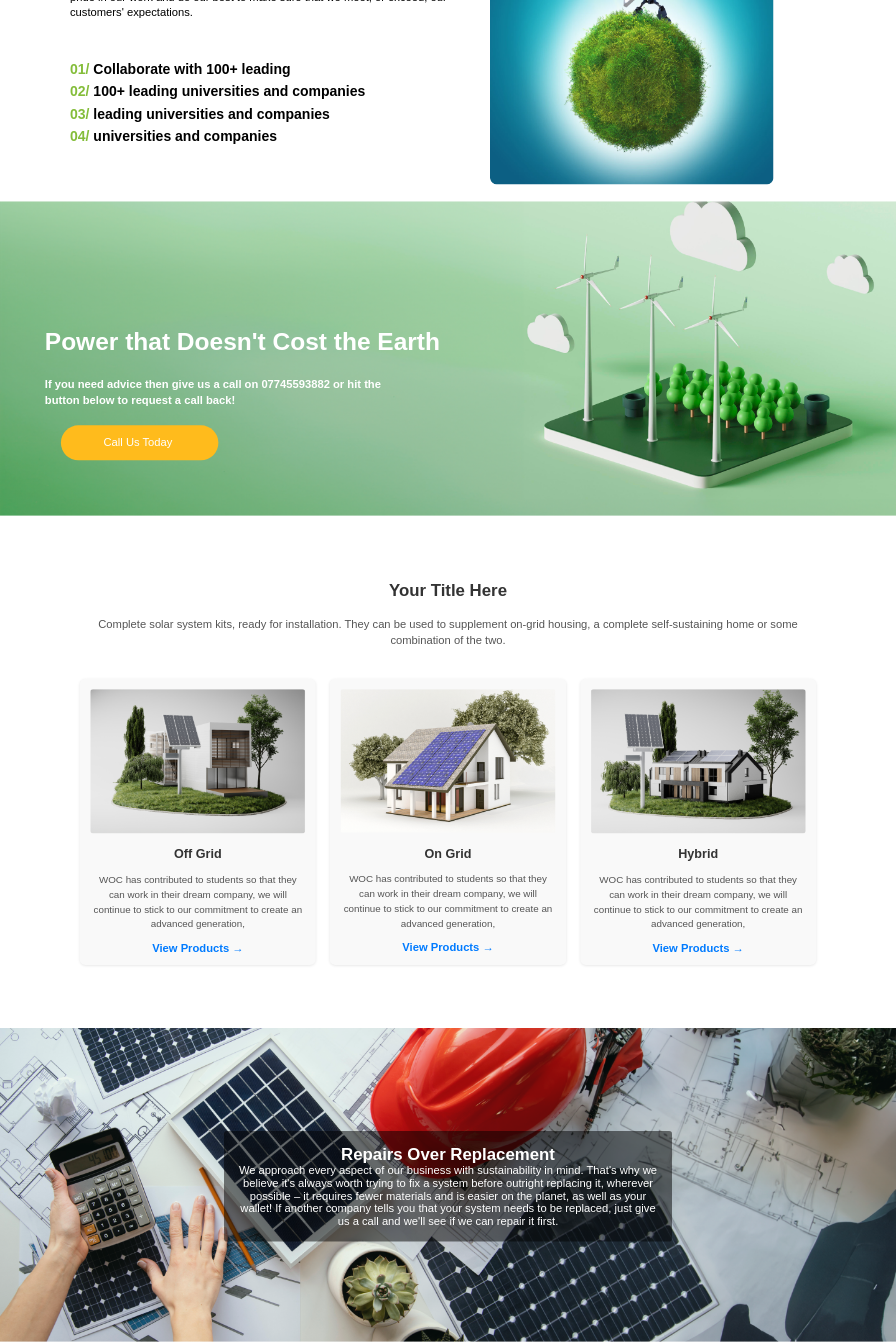
Repository: MaramNabil872/Landing-Page
Page: landingPage.html
These files come from the project's save history. The page is drawn as it stood at one moment and after a run of saves; the edit follows.
The browser window is 1280 px wide. The pictures show the part of the page from y = 1142 to 3062 px (the page is 3062 px tall), at 70% of full size.

Above is the page before, as saved 2024-10-20 22:16:23.

### landingPage.html
<!DOCTYPE html>
<html lang="en">
    <head>
        <meta charset="UTF-8" />
        <meta name="viewport" content="width=device-width, initial-scale=1.0" />
        <title>Landing Page</title>
        <link rel="stylesheet" href="landingPage.css" />
    </head>
    <body>
        <nav class="navbar">
            <div class="logo">MyLogo</div>

            <ul class="nav-links">
                <li><a href="#home">Home</a></li>
                <li><a href="#about">About</a></li>
                <li><a href="#services">Services</a></li>
                <li><a href="#contact">Contact</a></li>
            </ul>
            <div class="call">
                <p>call us</p>
                <h3>+2 01017345</h3>
            </div>
        </nav>

        <div class="image-container">
            <img
                src="images/solar-panels-meadow 1.png"
                alt="Background Image"
                class="background-image"
            />
            <div class="main-text">
                <h2 class="text-wallpaper">
                    Solar Panel Installers <br />
                    In Plymouth
                </h2>
                <br />
                <p class="text-paragraph">
                    Fueled is an award-winning technology consultancy that
                    transforms <br />
                    businesses by generating ideas, building products, and
                    accelerating<br />
                    growth.
                </p>
                <div class="button-container">
                    <button class="button-wallpaper1">Call Us Today</button>
                    <button class="button-wallpaper2">
                        Requst a call back
                    </button>
                </div>
            </div>
        </div>

        <!-- first container -->

        <div class="container1">
            <div class="text-container1">
                <p class="title-container1">
                    The Friendliest Installers <br />in the South-West
                </p>
                <p class="paragraph-container1">
                    At Solidarity Solar our aims are to help our customers
                    towards a sustainable future and genuinely care about the
                    quality of products we use for our installs. We never sell
                    you equipment you don't need and will always advise to the
                    best of our ability, No hard sell or pushy sales tactics
                    ever. We take pride in our work and do our best to make sure
                    that we meet, or exceed, our customers' expectations.
                </p>
                <div class="last-container1">
                    <p>
                        <span class="number-container1">01/ </span>Collaborate
                        with 100+ leading
                    </p>
                    <p>
                        <span class="number-container1">02/ </span> 100+ leading
                        universities and companies
                    </p>
                    <p>
                        <span class="number-container1">03/ </span> leading
                        universities and companies
                    </p>
                    <p>
                        <span class="number-container1">04/ </span> universities
                        and companies
                    </p>
                </div>
            </div>
            <div class="image-container1">
                <img src="images/Rectangle 30.png" alt="solar" />
            </div>
        </div>

        <!-- second section -->

        <div class="section2">
            <img src="images/middle.png" alt="img" />
            <div class="main-text">
                <h2 class="section2-text">Power that Doesn't Cost the Earth</h2>
                <h6 class="section2-paragraph">
                    If you need advice then give us a call on 07745593882 or hit
                    the <br />
                    button below to request a call back!
                </h6>
                <button class="button-wallpaper2">Call Us Today</button>
            </div>
        </div>

        <!-- third section -->

        <div class="white-container">
            <h2 class="title">Your Title Here</h2>
            <p class="text">
                Complete solar system kits, ready for installation. They can be
                used to supplement on-grid housing, a complete self-sustaining
                home or some combination of the two.
            </p>

            <div class="card-container">
                <div class="card">
                    <img src="images/1.png" alt="Image 2" class="card-image" />
                    <h3 class="card-title">Off Grid</h3>
                    <p class="card-text">
                        WOC has contributed to students so that they can work in
                        their dream company, we will continue to stick to our
                        commitment to create an advanced generation,
                    </p>
                    <a href="#" class="card-link">View Products →</a>
                </div>
                <div class="card">
                    <img
                        src="images/solar-panels-meadow 2 (1).png"
                        alt="Image 3"
                        class="card-image"
                    />
                    <h3 class="card-title">On Grid</h3>
                    <p class="card-text">
                        WOC has contributed to students so that they can work in
                        their dream company, we will continue to stick to our
                        commitment to create an advanced generation,
                    </p>
                    <a href="#" class="card-link">View Products →</a>
                </div>
                <div class="card">
                    <img
                        src="images/solar-panels-meadow 3.png"
                        alt="Image 1"
                        class="card-image"
                    />
                    <h3 class="card-title">Hybrid</h3>
                    <p class="card-text">
                        WOC has contributed to students so that they can work in
                        their dream company, we will continue to stick to our
                        commitment to create an advanced generation,
                    </p>
                    <a href="#" class="card-link">View Products →</a>
                </div>
            </div>
        </div>

        <!-- forth section -->

        <div class="forth-image">
            <img src="images/8116 1 (1).png" alt="Full Width Image" />
            <div class="overlay-text">
                <h2 class="overlay-title">Repairs Over Replacement</h2>
                <p>
                    We approach every aspect of our business with sustainability
                    in mind. That's why we believe it's always worth trying to
                    fix a system before outright replacing it, wherever possible
                    – it requires fewer materials and is easier on the planet,
                    as well as your wallet! If another company tells you that
                    your system needs to be replaced, just give us a call and
                    we'll see if we can repair it first.
                </p>
            </div>
        </div>
    </body>
</html>

### landingPage.css
* {
    margin: 0;
    padding: 0;
    box-sizing: border-box; /* Added for consistent sizing */
}

body {
    font-family: Arial, sans-serif;
}
@media (max-width: 480px) {
    .text-overlay {
        font-size: 1.2rem; /* Even smaller text size for very small screens */
    }

    .call h3 {
        font-size: 1.2rem; /* Adjust call size for small screens */
    }
}
@media (max-width: 768px) {
    .navbar {
        flex-direction: column; /* Stack items vertically */
        align-items: flex-start; /* Align items to the left */
    }

    .nav-links {
        margin-top: 10px; /* Space between navbar and links */
    }

    .nav-links li {
        margin-left: 0;
        margin-bottom: 10px; /* Space between links */
    }

    .text-overlay {
        font-size: 1.5rem; /* Smaller text size for mobile */
    }
}


.navbar {
    background-color: #0b9586;
    display: flex;
    justify-content: space-between;
    align-items: center;
    padding: 10px 20px;
    position: relative;
    flex-wrap: wrap; /* Allow items to wrap on smaller screens */
}

.logo {
    color: #fff;
    font-size: 24px;
}

.nav-links {
    list-style: none;
    display: flex;
    flex-wrap: wrap; /* Allow links to wrap on smaller screens */
}

.nav-links li {
    margin-left: 20px;
}

.nav-links a {
    text-decoration: none;
    color: white;
    font-size: 18px;
    transition: color 0.3s;
}

.nav-links a:hover {
    color: #f0a500;
}

.call {
    color: #fff;
    text-align: right; /* Align text to the right */
}

.image-container {
    position: relative;
    width: 100%;
    height: 100vh;
    overflow: hidden;
}

.background-image {
    width: 100%;
    height: 100%;
    object-fit: cover;
}
.main-text{
    position: absolute;
    top: 40%;
    left:5%;
}
.text-wallpaper {


    color: white;
    font-size: 52px;
    font-weight: bold;
    text-shadow: 2px 2px 4px rgba(0, 0, 0, 0.5);
}
.text-paragraph{
    color: white;
    font-size:  20px;

}
.button-container{
    display: flex;
}
.button-wallpaper1 {
    background-color: #0b9586;
    color: white;
    border: none;
    border-radius: 20em;
    padding: 0.8em 1.5em 0.8em 1.2em;
    width: 40%;
    margin: 4%;
    height: 50px;
    font-size: 16px;
    cursor: pointer;
    align-items: center;

}
.button-wallpaper2 {
    background-color:  #FFBB1C;
    ;
    color: white;
    border: none;
    border-radius: 20em;
    padding: 0.8em 1.5em 0.8em 1.2em;
    width: 40%;
    margin: 4%;
    height: 50px;
    font-size: 16px;
    cursor: pointer;
    align-items: center;

}

.container1 {
    display: flex;
    background-color: white;
    padding-top: 10%;
    border-radius: 8px;
    max-width: 1200px;
    margin: 20px auto;


}
.title-container1{
    font-size: 40px;
    font-weight: bold;


}
.text-container1 {
   flex:1;
    padding-right:5%;
padding-left: 5%;}
.paragraph-container1{
    margin-top: 5%;
    line-height: 1.3;
}

.last-container1{
    font-size: 20px;
    font-weight: bold;
    padding-top: 10%;
    line-height: 1.6;
    .number-container1{
        color:#84BD3A;
        ;
    }
}
.image-container1 {
   flex:1
}

.image-container1 img {
    width: 75%;
    height: auto;
    border-radius: 8px;
}


.section2 {
    position: relative;
    width: 100%;
    overflow: hidden;
}

.section2 img {
    width: 100%;
    height: auto; }

.section2-text {
font-size: 35px;
    color: white;

}
.section2-paragraph{
    padding-top: 5%;
    line-height: 1.5;

    font-size: 16px;
    color: white;
}

/* third section */
.white-container {
    background-color: white;
    padding: 5%;
    max-width: 1200px;
    margin: 2% auto;
}

.title {
    margin-bottom: 2%;
    font-size: 24px;
    color: #333;
    text-align: center;

}

.text {
    margin-bottom: 2%;
    font-size: 16px;
    color: #555;
    line-height: 1.5;
    text-align: center;
}

.card-container {
    display: flex;
    justify-content: space-between;
    margin-top: 4%;
}

.card {
    background-color: #f9f9f9;
    border-radius: 8px;
    box-shadow: 0 1px 4px rgba(0, 0, 0, 0.1);
    padding: 15px;
    text-align: center;
    flex: 1;
    margin: 0 10px;
}

.card-image {
    width: 100%;
    height: auto;
    border-radius: 4px;
}

.card-title {
    font-size: 18px;
    color: #333;
    margin-top: 5%;

}

.card-text {
    font-size: 14px;
    color: #555;
    margin-top: 5%;
    margin-bottom: 5%;
    line-height: 1.5;

}

.card-link {
    text-decoration: none;
    color: #007bff;
    font-weight: bold;
}

.card-link:hover {
    text-decoration: underline;
}
@media (max-width: 768px) {
    .card-container {
        flex-direction: column;
    }

    .card {
        flex: 1 1 100%;
        max-width: 100%;
        margin: 10px 0;
    }
}

/* forth css */

.forth-image {
    position: relative;
    width: 100%;
    overflow: hidden;
}

.forth-image img {
    width: 100%;
    height: auto;
}

.overlay-text {
    position: absolute;
    top: 50%;
    left: 50%;
    transform: translate(-50%, -50%);
    color: white;
    text-align: center;
    padding: 20px;
    background-color: rgba(0, 0, 0, 0.5);
    border-radius: 4px;
}
.overlay-title{

}

After the next 4 saves:
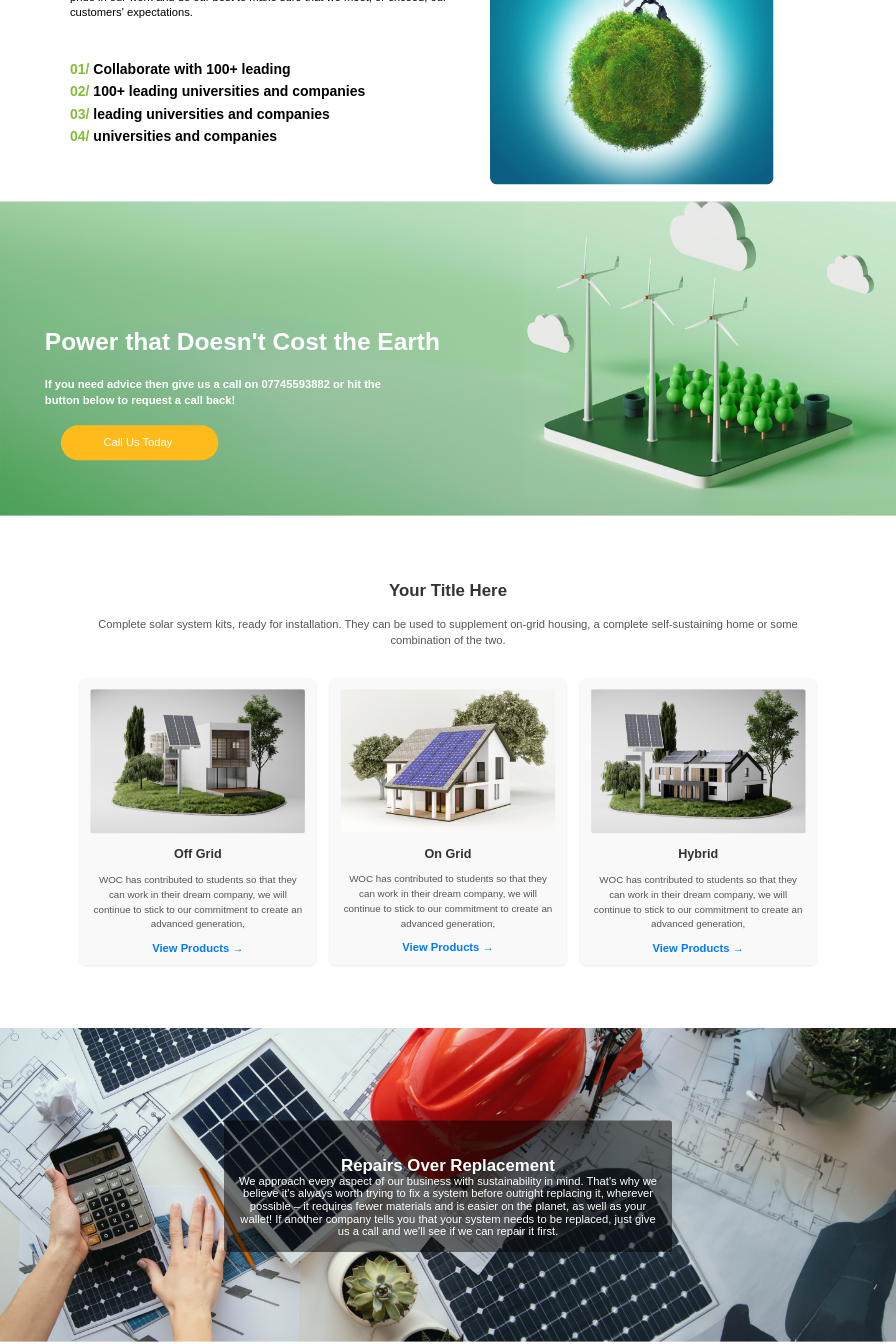
The 4 saves are shown as one change because they came seconds apart.
The last was saved 13 s later.
--- a/landingPage.css
+++ b/landingPage.css
@@ -318,5 +318,5 @@ font-size: 35px;
     border-radius: 4px;
 }
 .overlay-title{
-
-}
+    margin-top: 5%;
+}
